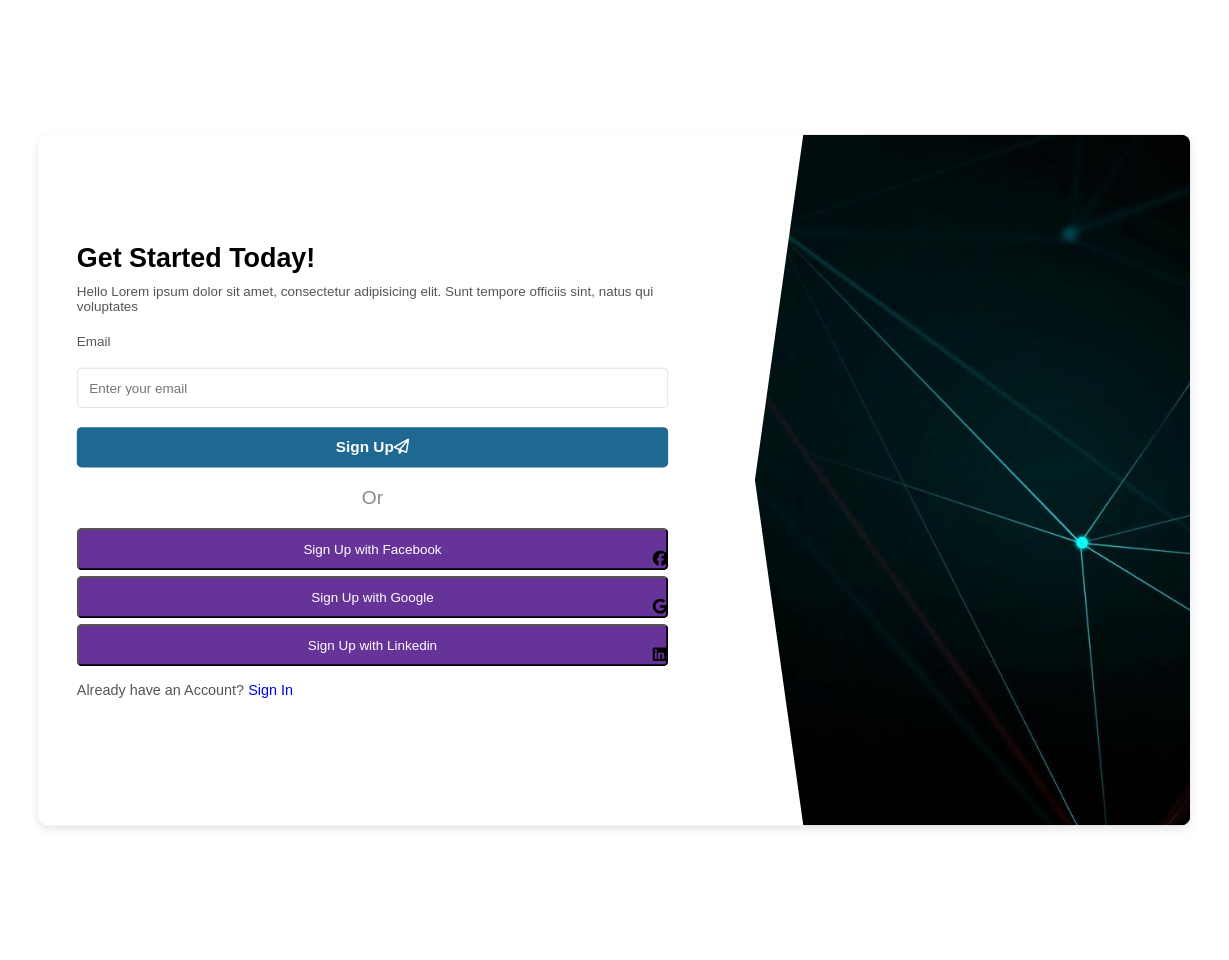
Repository: Femi007-gh/Login-V2
Page: index.html
The author's editor kept a copy of each file at every save. The page is drawn from the files as they stood at one save, then again after a run of saves.
The browser window is 1280 px wide. The pictures show the whole page, at 96% of full size.

Above is the page before, as saved 2025-01-27 15:22:06.

After the next 3 saves:
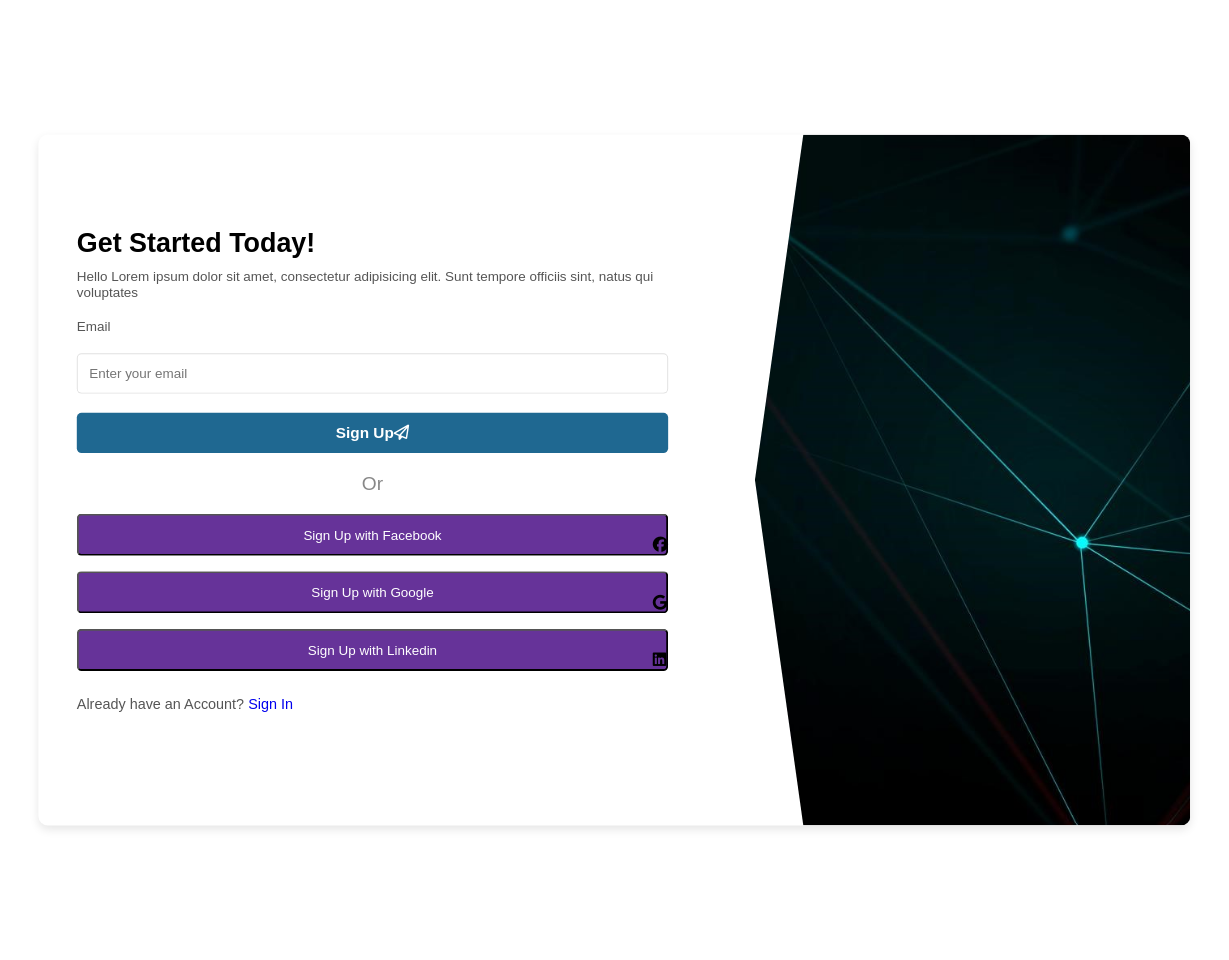
The 3 saves are shown as one change because they came seconds apart.
The last was saved 9 s later.
--- a/style.css
+++ b/style.css
@@ -115,5 +115,5 @@ p {
 .fa-brands {
   margin-left: 600px;
   margin-top: -30px;
-  ma
+  margin-bottom: 10px;
 }
